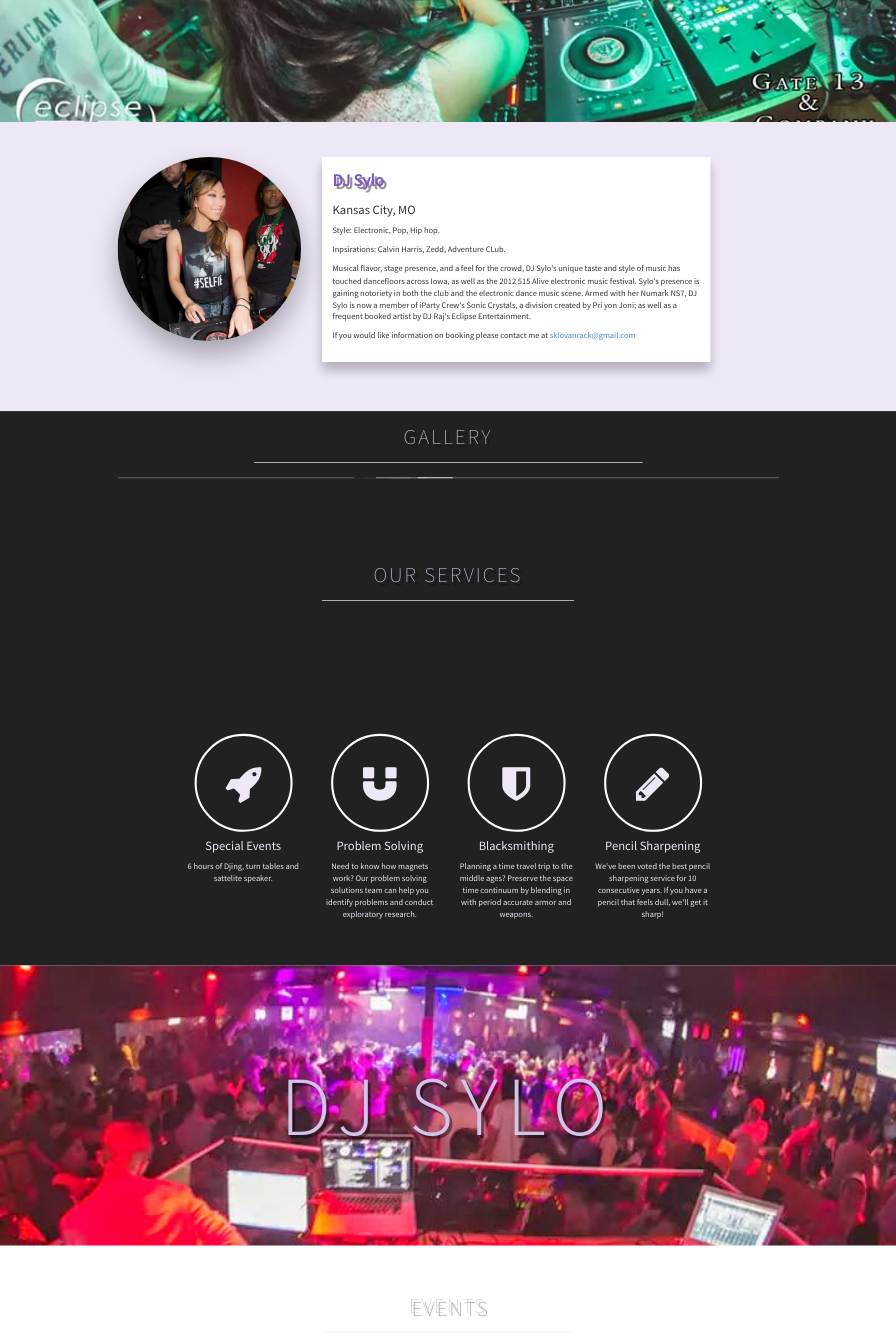
Repository: BambooXLotus/DjSylo
Page: client/index.html
The author's editor kept a record of every edit. The page is drawn from the files as they stood at one moment, then again after the next edit.
The browser window is 1280 px wide. The pictures show the part of the page from y = 546 to 2466 px (the page is 4049 px tall), at 70% of full size.
Pictures or frames that could not be fetched are drawn as grey boxes. Some icons come from a web library that is not loaded, so they are not drawn. Backgrounds fixed to the window are drawn as part of the page. Some web libraries are served in a nearby version.

Above is the page before.

After the next edit:
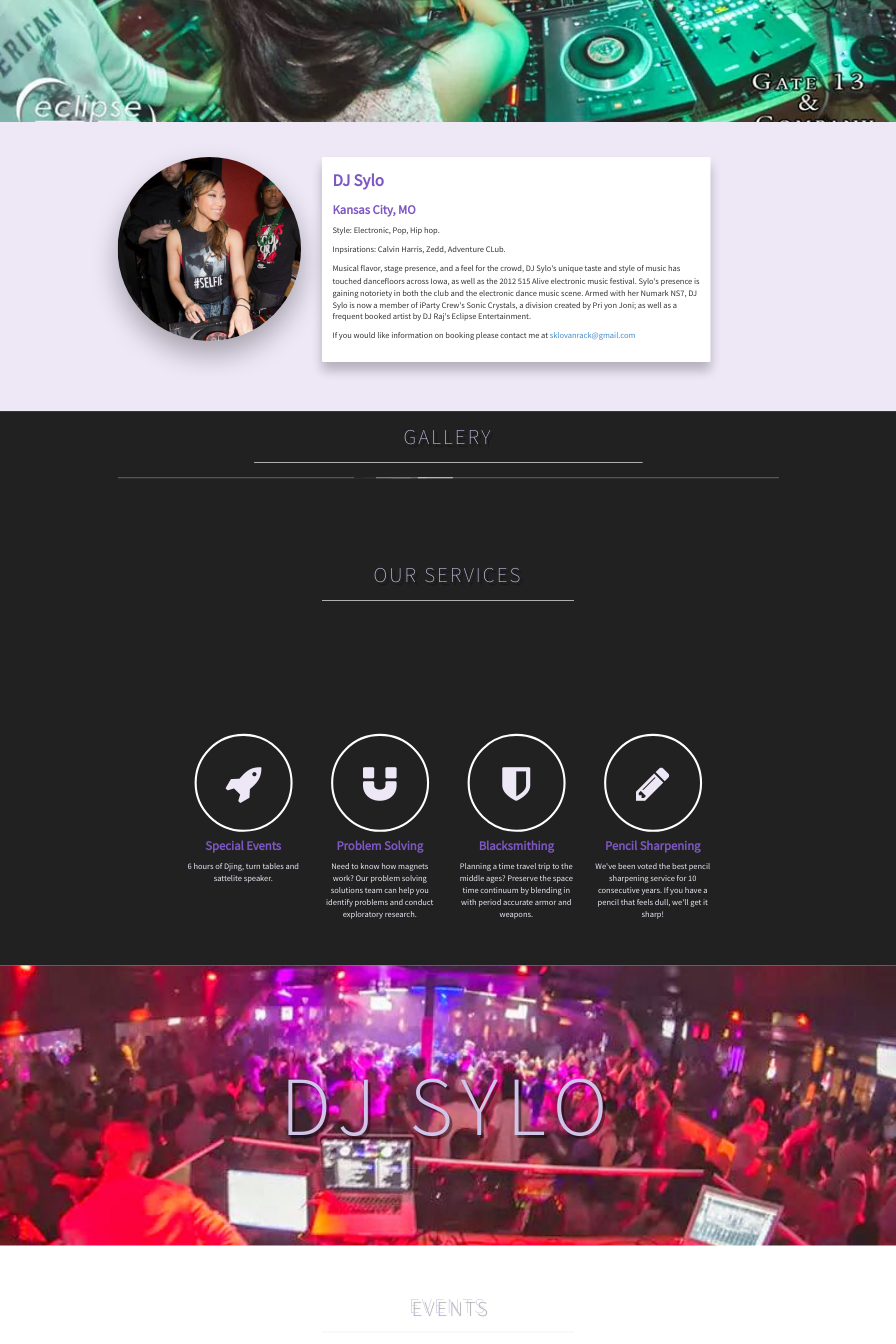
The edit:
--- a/client/css/stylish-portfolio.css
+++ b/client/css/stylish-portfolio.css
@@ -2,7 +2,6 @@
 
 @import url(http://fonts.googleapis.com/css?family=Source+Sans+Pro:100,200,300,400);
 @import url(http://fonts.googleapis.com/css?family=Open+Sans:400,700,800,600);
-
 html,
 body {
   height: 100%;
@@ -10,30 +9,32 @@
   font-family: 'Source Sans Pro', sans-serif;
   font-size: 12px;
 }
-
-h1, h2 {
+h1,
+h2 {
   color: #D1C4E9;
-    text-shadow: 4px 4px 1px rgba(0, 0, 0, 0.45);
-    text-transform: uppercase;
-    font-weight: 100;
-    letter-spacing: .1em;
-}
-
+  text-shadow: 4px 4px 1px rgba(0, 0, 0, 0.45);
+  text-transform: uppercase;
+  font-weight: 100;
+  letter-spacing: .1em;
+}
 h3 {
   color: #7E57C2;
-  text-shadow: 4px 4px 1px rgba(0, 0, 0, 0.45);
-  font-weight: bold;
+  font-weight: 700;
+}
+h4{
+  color: #7E57C2;
+  font-weight: 700;
 }
 .vert-text {
-    display: table-cell;
-    vertical-align: middle;
-    text-align: center;
+  display: table-cell;
+  vertical-align: middle;
+  text-align: center;
 }
 .vert-text h1 {
-    padding: 0;
-    margin: 0;
-    font-size: 10em;
-    font-weight: 300;
+  padding: 0;
+  margin: 0;
+  font-size: 10em;
+  font-weight: 300;
 }
 /* Link Styles */
 
@@ -51,14 +52,13 @@
 }
 /* Side Menu */
 
-.nav{
-    background-color: #212121;
-    text-transform: uppercase;
-    letter-spacing: .2em;
-    font-size: 1.2em;
-    font-weight: 400;
-}
-
+.nav {
+  background-color: #212121;
+  text-transform: uppercase;
+  letter-spacing: .2em;
+  font-size: 1.2em;
+  font-weight: 400;
+}
 #sidebar-wrapper {
   margin-right: -250px;
   right: 0;
@@ -338,17 +338,16 @@
   padding: 0px;
   border-bottom: 0px;
 }
-
 .fill {
-    display:flex;
-    justify-content:center;
-    align-items:center;
-    overflow:hidden
+  display: flex;
+  justify-content: center;
+  align-items: center;
+  overflow: hidden
 }
 .fill img {
-    flex-shrink:0;
-    min-width:100%;
-    min-height:100%
+  flex-shrink: 0;
+  min-width: 100%;
+  min-height: 100%
 }
 .stickyBottom {
   position: absolute;
